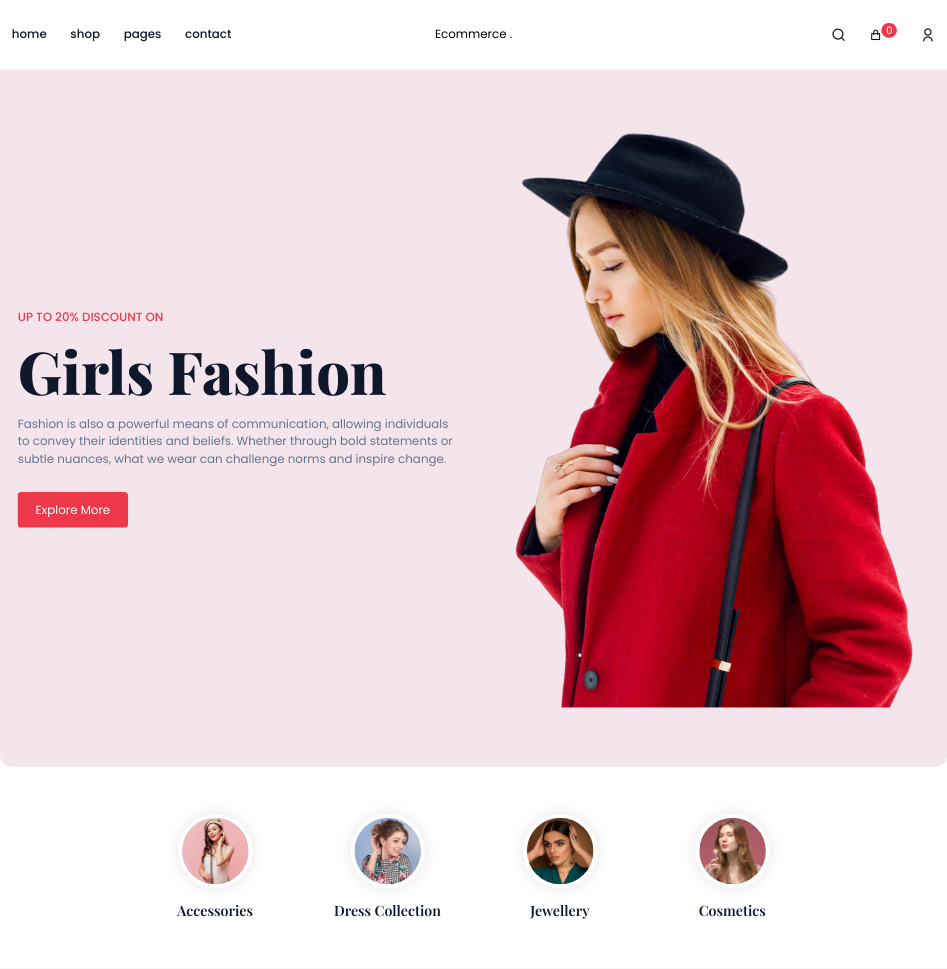
Repository: kommisetti23456/front-code
Page: /
These files come from the project's save history. The page is drawn as it stood at one moment and after the next save; the edit follows.
The browser window is 1280 px wide. The pictures show the whole page, at 74% of full size.
The project was rebuilt for these pictures with package versions that can differ from the ones it lists, and the page was loaded fresh each time. Also part of the build but not shown: vite.config.js.

Above is the page before, as saved 2024-10-28 00:07:56.

### index.html
<!doctype html>
<html lang="en">
  <head>
    <meta charset="UTF-8" />
    <link rel="icon" type="image/svg+xml" href="/fav-icon.png" />
    <meta name="viewport" content="width=device-width, initial-scale=1.0" />
    <title>Mern Stack E-Commerce project</title>
  </head>
  <body>
    <div id="root"></div>
    <script type="module" src="/src/main.jsx"></script>
  </body>
</html>

### src/main.jsx
 // src/index.js or src/main.jsx
import { StrictMode } from 'react';
import { createRoot } from 'react-dom/client';
import './index.css';
import 'remixicon/fonts/remixicon.css';
import { RouterProvider } from 'react-router-dom';
import router from './routes/router.jsx';
import { Provider } from 'react-redux';
import store from './redux/store'; // // Use default import without curly braces

createRoot(document.getElementById('root')).render(
  <Provider store={store}>
    <RouterProvider router={router} />
  </Provider>
);

### src/routes/router.jsx
import React from 'react';
import { createBrowserRouter } from 'react-router-dom';
import App from '../App';
import Home from '../pages/home/Home';
import "../App.css"
// import CategoryPage from '../pages/CategoryPage';
// import Search from '../pages/Search';
// import Shop from '../pages/Shop';
// import Single from '../pages/Single';
// import Login from '../pages/Login';
// import Register from '../pages/Register';

const router = createBrowserRouter([
    {
        path: '/',
        element: <App />, // Main app component
        children: [
            {
                path: '/',
                element: <Home />, // Home component for the root path
            },
            // {
            //     path: '/categories/:categoryName',
            //     element: <CategoryPage />, // Matches category page
            // },
            // {
            //     path: '/search',
            //     element: <Search />,
            // },
            // {
            //     path: '/shop',
            //     element: <Shop />,
            // },
            // {
            //     path: '/shop/:id',
            //     element: <Single />,
            // },
        ],
    },
    // {
    //     path: '/login',
    //     element: <Login />,
    // },
    // {
    //     path: '/register',
    //     element: <Register />,
    // },
]);

export default router;

### src/redux/store.jsx
import { configureStore } from '@reduxjs/toolkit';
import cartReducer from './features/cartSlice'; // Adjust the path as needed

const store = configureStore({
  reducer: {
    cart: cartReducer,
    // You can add more reducers here if you have other slices
  },
});

export default store;

### src/App.jsx
 import React from 'react'
import Navbar from './components/Navbar'
import { Outlet } from 'react-router-dom'

 const App = () => {
   return (
    <>
    <Navbar/>
    <Outlet/>
    </>
   )
 }

 export default App

### src/pages/home/Home.jsx
import React from 'react';
import Banner from './Banner';
import Categories from './Categories';

const Home = () => {
  return (
    <div>
      <Banner />
      <Categories />
    </div>
  );
};

export default Home;

### src/App.css
@import url("https://fonts.googleapis.com/css2?family=Playfair+Display:wght@600;800&family=Poppins:wght@400;500;600;700&display=swap");

:root {
  --primary-color: #ed3849;
  --primary-color-dark: #d23141;
  --primary-color-light: #f4e5ec;
  --text-dark: #0f172a;
  --text-light: #64748b;
  --extra-light: #f8fafc;
  --white: #ffffff;
  --max-width-1400: 1400px;
  --max-width-1200: 1200px;
  --max-width-900: 900px;
  --header-font: "Playfair Display", serif;
}

* {
  padding: 0;
  margin: 0;
  box-sizing: border-box;
}

.section__container {
  max-width: var(--max-width-1400);
  margin: auto;
  padding: 5rem 1rem;
}

.section__header {
  margin-bottom: 1rem;
  font-size: 2rem;
  font-weight: 800;
  font-family: var(--header-font);
  color: var(--text-dark);
  text-align: center;
}

.section__subheader {
  max-width: 500px;
  margin: auto;
  color: var(--text-light);
  text-align: center;
}

.btn {
  padding: 0.75rem 1.5rem;
  outline: none;
  border: none;
  font-size: 1rem;
  color: var(--white);
  background-color: var(--primary-color);
  border-radius: 5px;
  cursor: pointer;
  transition: 0.3s;
}

.btn:hover {
  background-color: var(--primary-color-dark);
}

img {
  width: 100%;
  display: flex;
}

a {
  text-decoration: none;
}

body {
  font-family: "Poppins", sans-serif;
}

nav {
  max-width: var(--max-width-1200);
  margin: auto;
  padding: 2rem 1rem;
  display: flex;
  align-items: center;
  justify-content: space-between;
}

.nav__links {
  flex: 1;
  list-style: none;
  display: flex;
  align-items: center;
  gap: 2rem;
}

.link a {
  font-weight: 500;
  color: var(--text-dark);
}

.link a:hover {
  color: var(--primary-color);
}

.nav__logo a {
  font-size: 2rem;
  font-weight: 800;
  font-family: var(--header-font);
  color: var(--text-dark);
}

.nav__logo a span {
  color: var(--primary-color);
}

.nav__icons {
  flex: 1;
  display: flex;
  align-items: center;
  justify-content: flex-end;
  gap: 2rem;
}

.nav__icons span a {
  font-size: 1.25rem;
  color: var(--text-dark);
}

.nav__icons span a:hover {
  color: var(--primary-color);
}

.header__container {
  min-height: 650px;
  background-color: var(--primary-color-light);
  border-bottom-left-radius: 1rem;
  border-bottom-right-radius: 1rem;
  display: grid;
  grid-template-columns: repeat(2, 1fr);
  gap: 2rem;
  align-items: center;
}

.header__content {
  max-width: 600px;
  margin-left: auto;
}

.header__content h4 {
  font-size: 1rem;
  font-weight: 500;
  color: var(--primary-color);
}

.header__content h1 {
  font-size: 5rem;
  font-weight: 800;
  font-family: var(--header-font);
  color: var(--text-dark);
}

.header__content p {
  margin-bottom: 2rem;
  color: var(--text-light);
}

.header__image {
  position: relative;
  height: 100%;
}

.header__image img {
  position: absolute;
  left: 50%;
  bottom: -5rem;
  transform: translateX(-50%);
  max-width: 500px;
}

.categories__grid {
  max-width: var(--max-width-900);
  margin: auto;
  margin-top: 4rem;
  display: grid;
  grid-template-columns: repeat(4, 1fr);
  gap: 2rem;
}

.categories__card {
  text-align: center;
}

.categories__card img {
  max-width: 100px;
  margin: auto;
  margin-bottom: 1rem;
  border: 5px solid var(--white);
  border-radius: 100%;
  box-shadow: 0 0 20px rgba(0, 0, 0, 0.1);
}

.categories__card h4 {
  font-size: 1.2rem;
  font-weight: 600;
  font-family: var(--header-font);
  color: var(--text-dark);
}

.hero__container {
  display: grid;
  grid-template-columns: repeat(3, 1fr);
  gap: 1rem;
}

.hero__card {
  position: relative;
  box-shadow: 2px 2px 20px rgba(0, 0, 0, 0.1);
}

.hero__content {
  position: absolute;
  top: 50%;
  left: 50%;
  transform: translate(-15%, -50%);
}

.hero__content p {
  font-size: 0.9rem;
  font-weight: 500;
  color: var(--primary-color);
}

.hero__content h4 {
  margin-bottom: 1rem;
  font-size: 1.25rem;
  font-weight: 800;
  font-family: var(--header-font);
  color: var(--text-dark);
}

.hero__content a {
  color: var(--text-dark);
  text-decoration: underline;
}

.hero__card img {
  border-radius: 5px;
}

.product__grid {
  max-width: var(--max-width-900);
  margin: 4rem auto;
  display: grid;
  grid-template-columns: repeat(4, 1fr);
  gap: 2rem;
}

.product__card__content {
  text-align: center;
  padding: 1rem;
}

.product__rating {
  margin-bottom: 5px;
  font-size: 0.8rem;
  color: goldenrod;
}

.product__card__content h4 {
  margin-bottom: 5px;
  font-size: 1.2rem;
  font-weight: 800;
  font-family: var(--header-font);
}

.product__card__content p {
  font-weight: 500;
  color: var(--text-dark);
}

.product__card__content p s {
  font-size: 0.9rem;
  font-weight: 400;
  color: var(--text-light);
}

.product__btn {
  text-align: center;
}

.deals__container {
  background-color: var(--primary-color-light);
  border-radius: 1rem;
  display: grid;
  grid-template-columns: repeat(2, 1fr);
  gap: 2rem;
  align-items: center;
}

.deals__image {
  height: 100%;
  position: relative;
}

.deals__image img {
  position: absolute;
  left: 50%;
  bottom: -5rem;
  transform: translateX(-50%);
  max-width: 550px;
}

.deals__content {
  max-width: 600px;
  margin-right: auto;
}

.deals__content h5 {
  margin-bottom: 1rem;
  font-size: 1rem;
  font-weight: 500;
  color: var(--primary-color);
}

.deals__content h4 {
  margin-bottom: 1rem;
  font-size: 2rem;
  font-weight: 800;
  font-family: var(--header-font);
  color: var(--text-dark);
}

.deals__content p {
  margin-bottom: 2rem;
  color: var(--text-light);
}

.deals__countdown {
  display: flex;
  align-items: center;
  gap: 1rem;
}

.deals__countdown__card {
  height: 80px;
  width: 80px;
  display: grid;
  place-content: center;
  text-align: center;
  background-color: var(--white);
  border-radius: 100%;
  box-shadow: 5px 5px 20px rgba(0, 0, 0, 0.1);
}

.deals__countdown__card h4 {
  margin-bottom: 0;
  font-size: 1.5rem;
  color: var(--text-dark);
}

.deals__countdown__card p {
  margin-bottom: 0;
  font-weight: 500;
  color: var(--text-dark);
}

.banner__container {
  max-width: var(--max-width-900);
  margin: auto;
  display: grid;
  grid-template-columns: repeat(3, 1fr);
  gap: 2rem;
}

.banner__card {
  text-align: center;
}

.banner__card span {
  margin-bottom: 1rem;
  display: inline-block;
  font-size: 2rem;
  color: var(--primary-color);
}

.banner__card h4 {
  margin-bottom: 0.5rem;
  font-size: 1.25rem;
  font-family: var(--header-font);
  color: var(--text-dark);
}

.banner__card p {
  color: var(--text-light);
}

.blog__container {
  background-color: var(--extra-light);
  border-radius: 1rem;
}

.blog__grid {
  max-width: var(--max-width-900);
  margin: auto;
  margin-top: 4rem;
  display: grid;
  grid-template-columns: repeat(3, 1fr);
  gap: 2rem;
}

.blog__card {
  background-color: var(--white);
  overflow: hidden;
  border-radius: 10px;
  box-shadow: 2px 2px 20px rgba(0, 0, 0, 0.1);
}

.blog__card__content {
  padding: 1rem;
  text-align: center;
}

.blog__card__content h6 {
  font-size: 0.9rem;
  font-weight: 500;
  color: var(--primary-color);
}

.blog__card__content h4 {
  margin-bottom: 0.5rem;
  font-size: 1.2rem;
  font-family: var(--header-font);
  color: var(--text-dark);
}

.blog__card__content p {
  font-size: 0.9rem;
  font-weight: 600;
  color: var(--text-light);
}

.footer__container {
  max-width: var(--max-width-1200);
  display: grid;
  grid-template-columns: repeat(4, 1fr);
  gap: 2rem;
}

.footer__container h4 {
  margin-bottom: 1.5rem;
  font-size: 1.2rem;
  font-weight: 800;
  font-family: var(--header-font);
  color: var(--text-dark);
}

.footer__col p {
  margin-bottom: 1rem;
  font-weight: 500;
  color: var(--text-light);
}

.footer__col p span {
  margin-right: 0.5rem;
  font-size: 1.2rem;
  color: var(--primary-color);
}

.footer__col a {
  display: block;
  margin-bottom: 1rem;
  font-weight: 500;
  color: var(--text-light);
}

.footer__col a:hover {
  color: var(--primary-color);
}

.instagram__grid {
  display: grid;
  grid-template-columns: repeat(3, 1fr);
  gap: 1rem;
}

.footer__bar {
  padding: 1rem;
  text-align: center;
  font-size: 0.8rem;
  color: var(--text-light);
  border-top: 2px solid var(--extra-light);
}

@media (width < 900px) {
  .nav__links {
    display: none;
  }

  .header__container {
    grid-template-columns: repeat(1, 1fr);
  }

  .header__content {
    margin: auto;
    text-align: center;
  }

  .header__image {
    min-height: 300px;
  }

  .hero__container {
    grid-template-columns: repeat(2, 1fr);
  }

  .product__grid {
    grid-template-columns: repeat(3, 1fr);
    gap: 1rem;
  }

  .deals__container {
    grid-template-columns: repeat(1, 1fr);
  }

  .deals__content {
    margin: auto;
    text-align: center;
  }

  .deals__countdown {
    justify-content: center;
  }

  .deals__image {
    min-height: 300px;
    grid-area: 2/1/3/2;
  }

  .banner__container {
    grid-template-columns: repeat(2, 1fr);
  }

  .blog__grid {
    grid-template-columns: repeat(2, 1fr);
    gap: 1rem;
  }

  .footer__container {
    grid-template-columns: repeat(1, 1fr);
  }
}

@media (width < 600px) {
  .categories__grid {
    grid-template-columns: repeat(2, 1fr);
  }

  .hero__container {
    grid-template-columns: repeat(1, 1fr);
  }

  .product__grid {
    grid-template-columns: repeat(2, 1fr);
  }

  .banner__container {
    grid-template-columns: repeat(1, 1fr);
  }

  .blog__grid {
    grid-template-columns: repeat(1, 1fr);
  }

  .instagram__grid {
    grid-template-columns: repeat(2, 1fr);
    gap: 10px;
  }
}

.nav__icons span a.dropdown-items{
  font-size: 16px;
}

input[type="number"]::-webkit-inner-spin-button,
input[type="number"]::-webkit-outer-spin-button {
  -webkit-appearance: none;
  margin: 0;
}

.add-product-InputCSS {
  @apply mt-1 block py-2.5 px-4 w-full rounded-md bg-gray-100 border-gray-300 shadow-sm focus:outline-none focus:border-indigo-500 focus:ring-indigo-500 sm:text-sm
}

.add-product-btn{
  @apply mt-5 inline-flex justify-center py-2 px-4 border border-transparent shadow-sm text-sm font-medium rounded-md text-white bg-indigo-600 hover:bg-indigo-700 focus:outline-none focus:ring-2 focus:ring-offset-2 focus:ring-indigo-500
}

.nav__links {
  display: flex; /* Arrange items horizontally */
  gap: 2rem; /* Space between links */
}

.link {
  text-decoration: none; /* Remove underline */
  color:red; /* Default link color */
  transition: color 0.3s; /* Smooth transition for hover effect */
}

.link:hover {
  color: pink; /* Change color on hover */
}

### src/redux/features/cartSlice.jsx
import { createSlice } from '@reduxjs/toolkit';

const initialState = {
  items: [],
  totalQuantity: 0,
};

const cartSlice = createSlice({
  name: 'cart',
  initialState,
  reducers: {
    addToCart: (state, action) => { // Renamed here
      const existingItem = state.items.find(item => item.id === action.payload.id);
      if (existingItem) {
        existingItem.quantity += action.payload.quantity;
      } else {
        state.items.push({ ...action.payload });
      }
      state.totalQuantity += action.payload.quantity;
    },
    removeItem: (state, action) => {
      const existingItem = state.items.find(item => item.id === action.payload.id);
      if (existingItem) {
        state.totalQuantity -= existingItem.quantity;
        state.items = state.items.filter(item => item.id !== action.payload.id);
      }
    },
    clearCart: (state) => {
      state.items = [];
      state.totalQuantity = 0;
    },
    updateItemQuantity: (state, action) => {
      const existingItem = state.items.find(item => item.id === action.payload.id);
      if (existingItem) {
        const quantityDifference = action.payload.quantity - existingItem.quantity;
        existingItem.quantity = action.payload.quantity;
        state.totalQuantity += quantityDifference;
      }
    },
  },
});

// Export actions as named exports
export const { addToCart, removeItem, clearCart, updateItemQuantity } = cartSlice.actions;

// Export reducer as the default export
export default cartSlice.reducer;

### src/components/Navbar.jsx
  import React from 'react'
  import {Link} from "react-router-dom"

  const Navbar = () => {
    return (
    <header className='fixed-nav-bar w-nav'>
      <nav className="max-w-screen-2xl mx-auto px-4 flex justify-between items-center">

        <ul className='nav__links'>
          <li className='link'><Link to="/">
          home
          </Link></li>
          <li className='link'><Link to="/shop">
          shop
          </Link></li>
          <li className='link'><Link to="/">
          pages
          </Link></li>
          <li className='link'><Link to="/contact">
          contact
          </Link></li>
        </ul>
        <div className='nav__logo'>
        </div>
<Link to="/">Ecommerce <span>.</span></Link>
<div className='nav__icons relative'>
<span>
  <Link to="/search">
  <i className="ri-search-line"></i></Link>
</span>
<span>
  <button className='hover:text-primary'>
  <i class="ri-shopping-bag-line"></i>
  <sup className='text-sm inline-block px-1.5 text-white rounded-full bg-primary text-center'>0</sup>
  </button>
  </span>
  <span>
    <Link to="/login">
    <i class="ri-user-line"></i>
    </Link>
  </span>
</div>

      </nav>
    </header>
    )
  }

  export default Navbar

### src/pages/home/Banner.jsx
 import React from 'react'
 import { Link } from 'react-router-dom';
import img from '../../assets/header.png';
 const Banner = () => {
   return (
    <div className='section__container header__container'>
    <div className='header__content z-30'>
      <h4 className='uppercase'>Up To 20% Discount on</h4>
      <h1>Girls Fashion</h1>
      <p>
        Fashion is also a powerful means of communication, allowing individuals to convey their identities and beliefs. Whether through bold statements or subtle nuances, what we wear can challenge norms and inspire change.
      </p>
      <button className='btn'>
        <Link to="/shop">Explore More</Link>
      </button>
    </div>
    <div>
      <img src={img} className='header__image' alt="Fashion header" />
    </div>
  </div>
);
};

 export default Banner

### src/pages/home/Categories.jsx
import React from 'react';
import { Link } from 'react-router-dom'; // Import Link from react-router-dom
import category1 from "../../assets/category-1.jpg";
import category2 from "../../assets/category-2.jpg";
import category3 from "../../assets/category-3.jpg";
import category4 from "../../assets/category-4.jpg";

const Categories = () => {

    const categories = [
        { name: "Accessories", path: "accessories", image: category1 },
        { name: "Dress Collection", path: "dress", image: category2 },
        { name: "Jewellery", path: "jewellery", image: category3 },
        { name: "Cosmetics", path: "cosmetics", image: category4 },
    ];

    return (
        <>
            <div className='product__grid'>
                {
                    categories.map((category) => (
                        <Link to={`/categories/${category.path}`} className='categories__card' key={category.path}>
                            <img src={category.image} alt={category.name} />
                            <h4>{category.name}</h4>
                        </Link>
                    ))
                }
            </div>
        </>
    );
};

export default Categories;

### tailwind.config.js
/** @type {import('tailwindcss').Config} */
export default {
  content: [
    "./index.html",
    "./src/**/*.{js,ts,jsx,tsx}",
  ],
  theme: {
    extend: {
      maxWidth: {
        'screen-2xl': '1400px',
        'custom-1200': '1200px',
        'custom-900': '900px',
      },
      colors: {
        'primary': '#ed3849',
        'primary-dark': "#d23141",
        'primary-light': '#f4e5ec',
        'text-dark': '#0f172a',
        'text-light': '#64748b',
        'extra-light': '#f8fafc'
      }
    },
  },
  plugins: [],
}

### src/pages/home/HeroSection.jsx
 // src/components/HeroSection.jsx
import React from 'react';
import card1 from '../assets/card-1.png'; // Import your images
import card2 from "../assets/card-2.png";
import card3 from "../assets/card-3.png";

const HeroSection = () => {
    const cards = [
        {
            id: 1,
            image: card1,
            trend: '2024 Trend',
            title: "Women's Shirt"
        },
        {
            id: 2,
            image: card2,
            trend: "2024 Trend",
            title: "Women's Dresses"
        },
        {
            id: 3,
            image: card3,
            trend: "2024 Trend",
            title: "Women's Casuals"
        }
    ];

    return (
        <section className='section__container hero__container'>
            {cards.map(card => ( // Use parentheses for return
                <div key={card.id} className='hero__card'>
                    <img src={card.image} alt={card.title} />
                    <div className='hero__content'>
                        <p>{card.trend}</p>
                        <h4>{card.title}</h4>
                        <a href="#">Discover More</a>
                    </div>
                </div>
            ))}
        </section>
    );
}

export default HeroSection; // Default export

Loaded but not shown: src/index.css (common file)

After the next save:
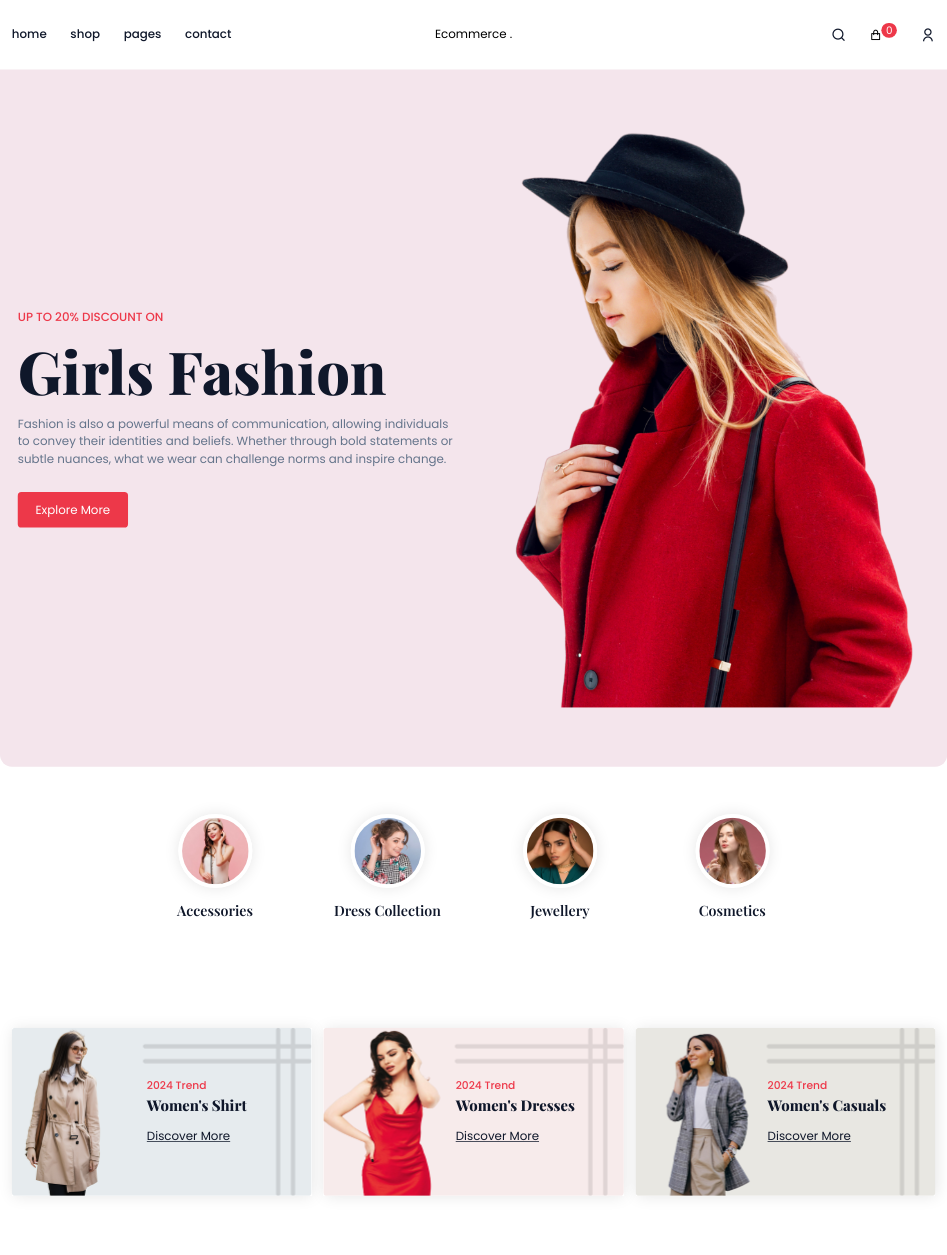
Saved 76 s later.
--- a/src/pages/home/Home.jsx
+++ b/src/pages/home/Home.jsx
@@ -1,12 +1,14 @@
 import React from 'react';
 import Banner from './Banner';
 import Categories from './Categories';
+import HeroSection from './HeroSection';
 
 const Home = () => {
   return (
     <div>
       <Banner />
       <Categories />
+      <HeroSection/>
     </div>
   );
 };
